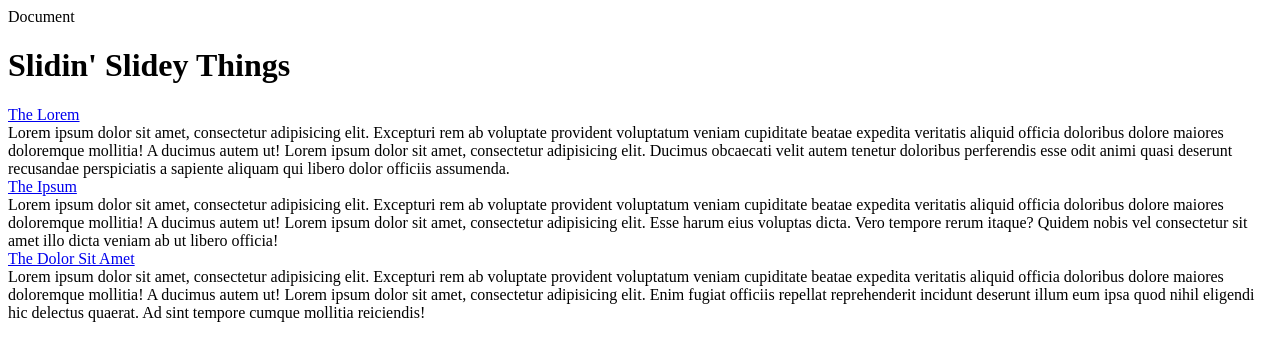
Repository: beroge/javascript
Page: slide.html
The author's editor kept a copy of each file at every save. The page is drawn from the files as they stood at one save, then again after the next save.
The browser window is 1280 px wide. The pictures show the whole page.
Some web libraries are served in a nearby version.

Above is the page before, as saved 2023-07-23 21:15:08.

### slide.html
<!DOCTYPE html>
<html lang="en">
<head>
  <meta charset="UTF-8">
  <meta name="viewport" content="width=device-width, initial-scale=1.0">
  <script src="https://cdnjs.cloudflare.com/ajax/libs/jquery/2.1.3/jquery.min.js" integrity="sha512-egJ/Y+22P9NQ9aIyVCh0VCOsfydyn8eNmqBy+y2CnJG+fpRIxXMS6jbWP8tVKp0jp+NO5n8WtMUAnNnGoJKi4w==" crossorigin="anonymous" referrerpolicy="no-referrer"></script>
  <script type="text/javascript" src="slide.js"></script>
  <link rel="stylesheet" src="css/slide.css"
  <title>Document</title>
</head>
<body>
  <div class="container">
    <h1>Slidin' Slidey Things</h1>
    <div class="slides">
      <div class="slide">
        <a href="#">The Lorem</a>
        <div class="content">
          Lorem ipsum dolor sit amet, consectetur adipisicing elit. Excepturi rem ab voluptate provident voluptatum veniam cupiditate beatae expedita veritatis aliquid officia doloribus dolore maiores doloremque mollitia! A ducimus autem ut!
          Lorem ipsum dolor sit amet, consectetur adipisicing elit. Ducimus obcaecati velit autem tenetur doloribus perferendis esse odit animi quasi deserunt recusandae perspiciatis a sapiente aliquam qui libero dolor officiis assumenda.
        </div>
      </div>

      <div class="slide">
        <a href="#">The Ipsum</a>
        <div class="content">
          Lorem ipsum dolor sit amet, consectetur adipisicing elit. Excepturi rem ab voluptate provident voluptatum veniam cupiditate beatae expedita veritatis aliquid officia doloribus dolore maiores doloremque mollitia! A ducimus autem ut!
          Lorem ipsum dolor sit amet, consectetur adipisicing elit. Esse harum eius voluptas dicta. Vero tempore rerum itaque? Quidem nobis vel consectetur sit amet illo dicta veniam ab ut libero officia!
        </div>
      </div>

      <div class="slide">
        <a href="#">The Dolor Sit Amet</a>
        <div class="content">
          Lorem ipsum dolor sit amet, consectetur adipisicing elit. Excepturi rem ab voluptate provident voluptatum veniam cupiditate beatae expedita veritatis aliquid officia doloribus dolore maiores doloremque mollitia! A ducimus autem ut!
          Lorem ipsum dolor sit amet, consectetur adipisicing elit. Enim fugiat officiis repellat reprehenderit incidunt deserunt illum eum ipsa quod nihil eligendi hic delectus quaerat. Ad sint tempore cumque mollitia reiciendis!
        </div>
      </div>
    </div>
  </div>
</body>
</html>

### slide.js
$('.slide a').click(function () {
    $('.slide.active').removeClass('active');
    $(this).closest('.slide').addClass('active');
    return false;
  });

After the next save:
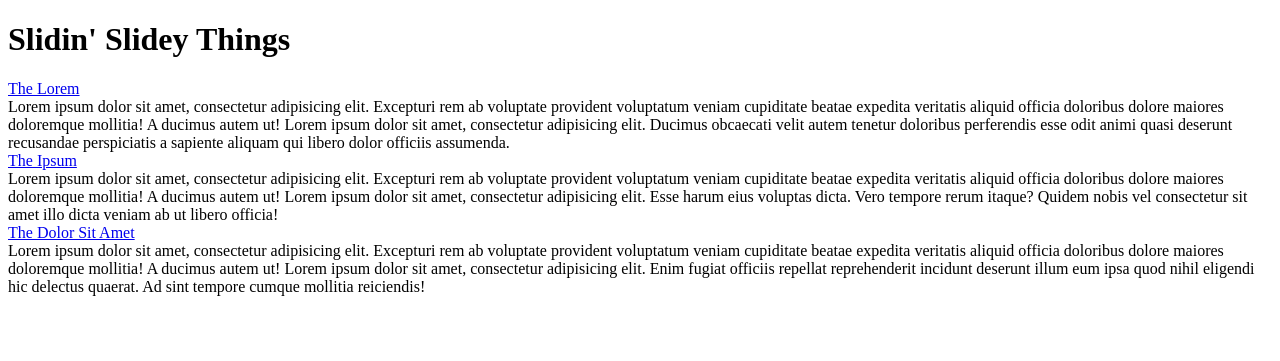
Saved 7 s later.
--- a/slide.html
+++ b/slide.html
@@ -5,7 +5,7 @@
   <meta name="viewport" content="width=device-width, initial-scale=1.0">
   <script src="https://cdnjs.cloudflare.com/ajax/libs/jquery/2.1.3/jquery.min.js" integrity="sha512-egJ/Y+22P9NQ9aIyVCh0VCOsfydyn8eNmqBy+y2CnJG+fpRIxXMS6jbWP8tVKp0jp+NO5n8WtMUAnNnGoJKi4w==" crossorigin="anonymous" referrerpolicy="no-referrer"></script>
   <script type="text/javascript" src="slide.js"></script>
-  <link rel="stylesheet" src="css/slide.css"
+  <link rel="stylesheet" src="css/slide.css">
   <title>Document</title>
 </head>
 <body>
